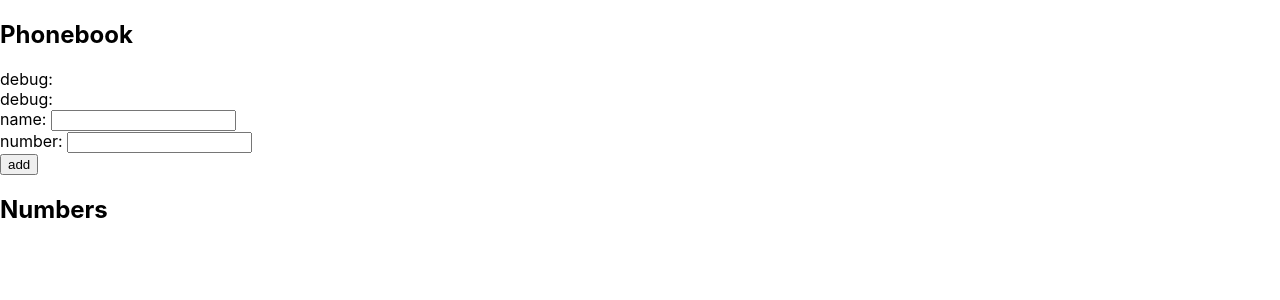
Repository: 0101chaitanya/phonebook-front
Page: /
An editor plug-in stored every save of this project. The page is shown before and after the next save, followed by the edit.
The browser window is 1280 px wide. The pictures show the whole page.
The project was rebuilt for these pictures with package versions that can differ from the ones it lists, and the page was loaded fresh each time.

Above is the page before, as saved 2021-09-19 17:12:02.

After the next save:
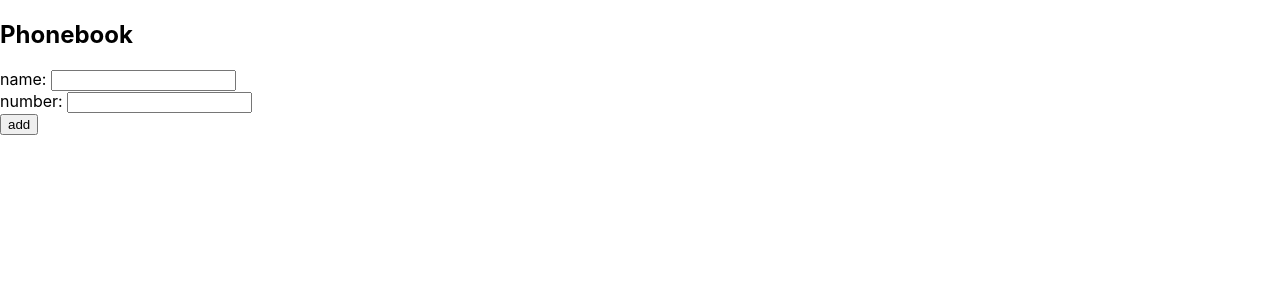
Saved 100 s later.
--- a/src/App.jsx
+++ b/src/App.jsx
@@ -17,8 +17,6 @@ const App = () => {
   return (
     <div>
       <h2>Phonebook</h2>
-      <div>debug: {state.name}</div>
-      <div>debug: {state.number}</div>
 
       <form onSubmit={handleSubmit}>
         <div>
@@ -31,7 +29,13 @@ const App = () => {
           <button type="submit">add</button>
         </div>
       </form>
-      <h2>Numbers</h2>
+      <div>
+        {persons.map((person) => {
+          <p>
+            {person.name} {person.number}
+          </p>;
+        })}
+      </div>
     </div>
   );
 };
